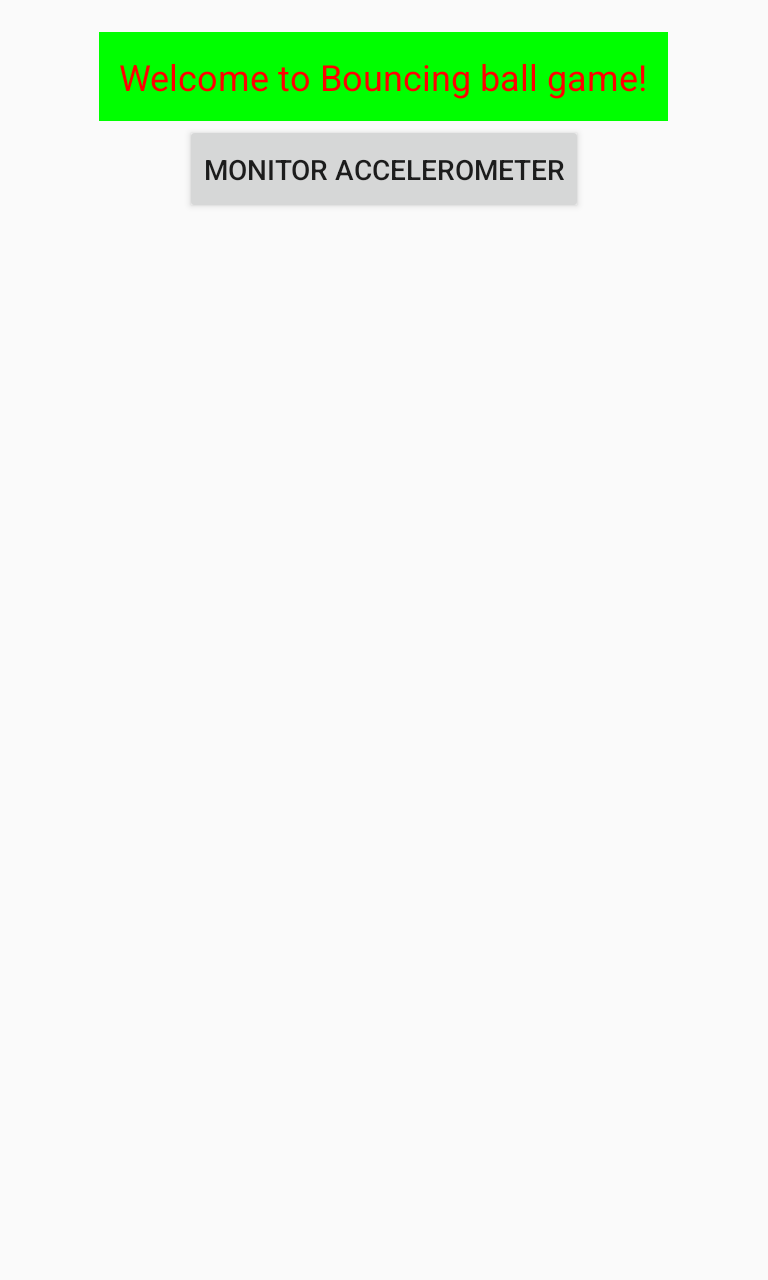
Repository: deyan-yosifov/Android
Layout: Workspace/BouncingBallGame/res/layout/activity_main.xml
An editor plug-in stored every save of this project. The layout is shown before and after the next save, followed by the edit.
It is drawn on a 768 x 1280 px phone screen (xhdpi) without system bars, with theme AppTheme; the app's code is not run.

Above is the layout before, as saved 2015-01-04 14:32:09.

After the next save:
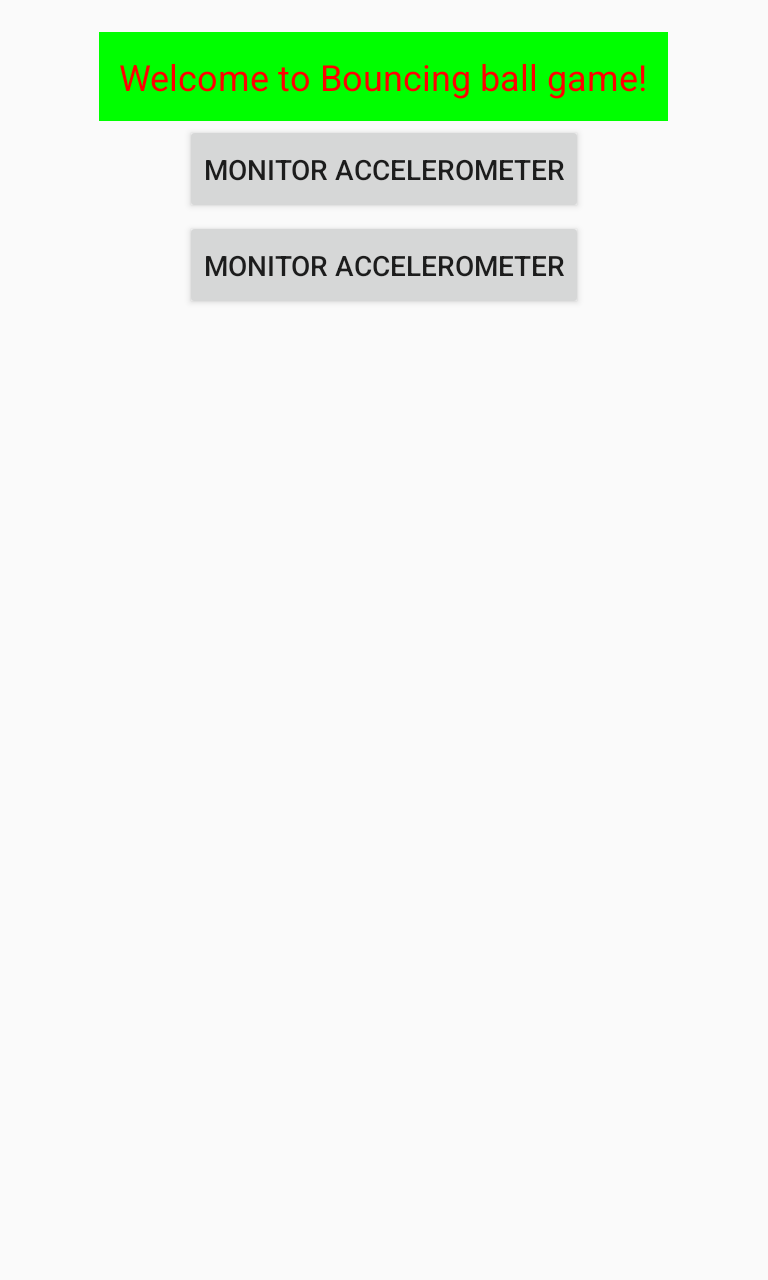
Saved 97 s later.
--- a/Workspace/BouncingBallGame/res/layout/activity_main.xml
+++ b/Workspace/BouncingBallGame/res/layout/activity_main.xml
@@ -15,7 +15,13 @@
          />
 	<Button
 	    style="@style/GameButtons"
+        android:id="@+id/play_game_button_id"
 	    android:layout_below="@id/welcome_header_id"
+	    android:text="@string/button_monitor_accelerometer"
+	    android:onClick="startAccelerometerMonitor" />
+	<Button
+	    style="@style/GameButtons"
+	    android:layout_below="@id/play_game_button_id"
 	    android:text="@string/button_monitor_accelerometer"
 	    android:onClick="startAccelerometerMonitor" />
 
